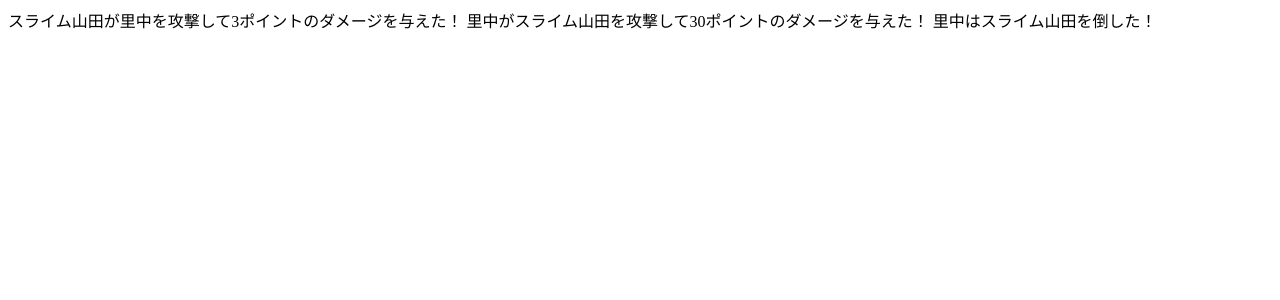
Repository: dishikawa116/monolist
Page: http://localhost/test_class.php
The author's editor kept a record of every edit. The page is drawn from the files as they stood at one moment, then again after the next edit.
The browser window is 1280 px wide. The pictures show the whole page.
The page is run by PHP 8.4 with error messages shown; the project is at /var/www/html/.

Above is the page before.

### test_class.php
<?php

class Character {
    public $type = '';

    public $hp = 1;
    public $power = 1;

    function __construct($type, $hp, $power) {
        $this->type = $type;
        $this->hp = $hp;
        $this->power = $power;
    }

    function name() {
        return $this->type;
    }

    function attack($character) {
        $character->hp = $character->hp - $this->power;
        print $this->name() . 'が' . $character->name() . 'を攻撃して' . $this->power . 'ポイントのダメージを与えた！' . PHP_EOL;

        if ($character->hp <= 0) {
            $this->defeat($character);
        }
    }

    function defeat($character) {
        print $this->name() . 'は' . $character->name() . 'を倒した！' . PHP_EOL;
    }
}

class Slime extends Character {
    public $suffix = '';

    function __construct($suffix) {
        parent::__construct('スライム', 10, 3);
        $this->suffix = $suffix;
    }

    function name() {
        return parent::name() . $this->suffix;
    }
}

class Hero extends Character {
    function __construct() {
        parent::__construct('里中', 1000, 30);
    }
}

$hero = new Hero();
$slime_A = new Slime('山田');

$slime_A->attack($hero);
$hero->attack($slime_A);

After the next edit:
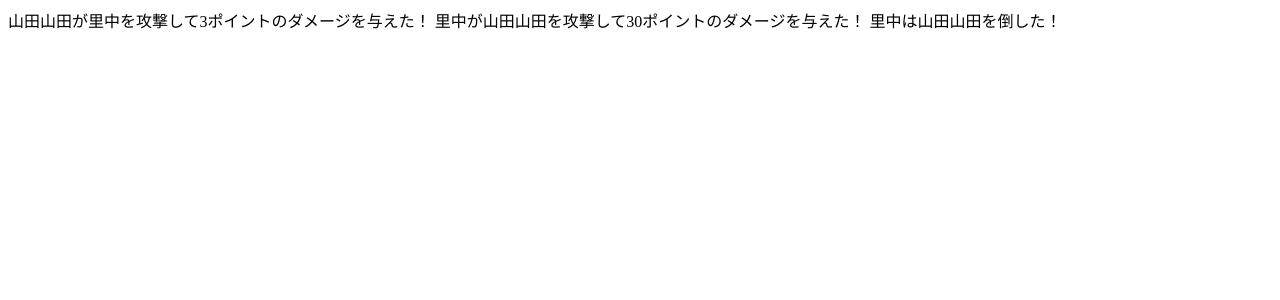
The edit:
--- a/test_class.php
+++ b/test_class.php
@@ -34,7 +34,7 @@ class Slime extends Character {
     public $suffix = '';
 
     function __construct($suffix) {
-        parent::__construct('スライム', 10, 3);
+        parent::__construct('山田', 10, 3);
         $this->suffix = $suffix;
     }
 
